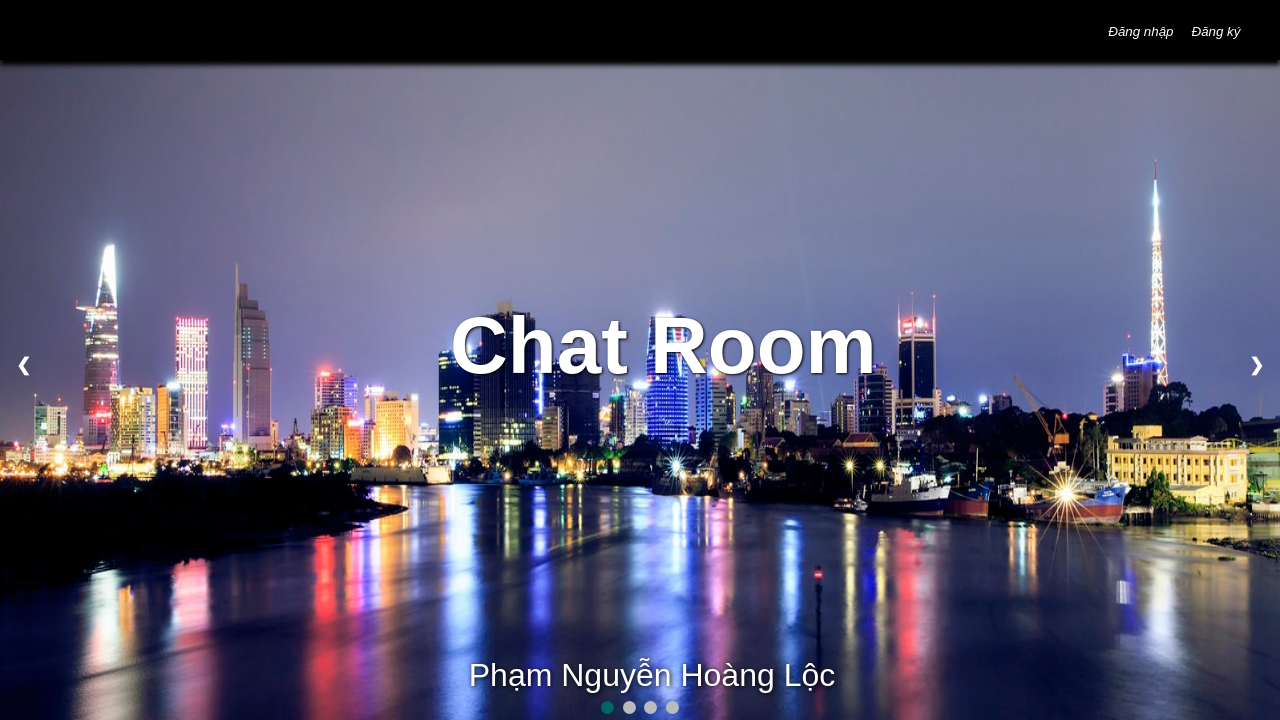
Repository: viplocpro/jsp
Page: ChatServlet/WebContent/index.html
An editor plug-in stored every save of this project. The page is shown before and after the next save, followed by the edit.
The browser window is 1280 px wide. The pictures show the whole page.

Above is the page before, as saved 2016-10-13 03:16:22.

After the next save:
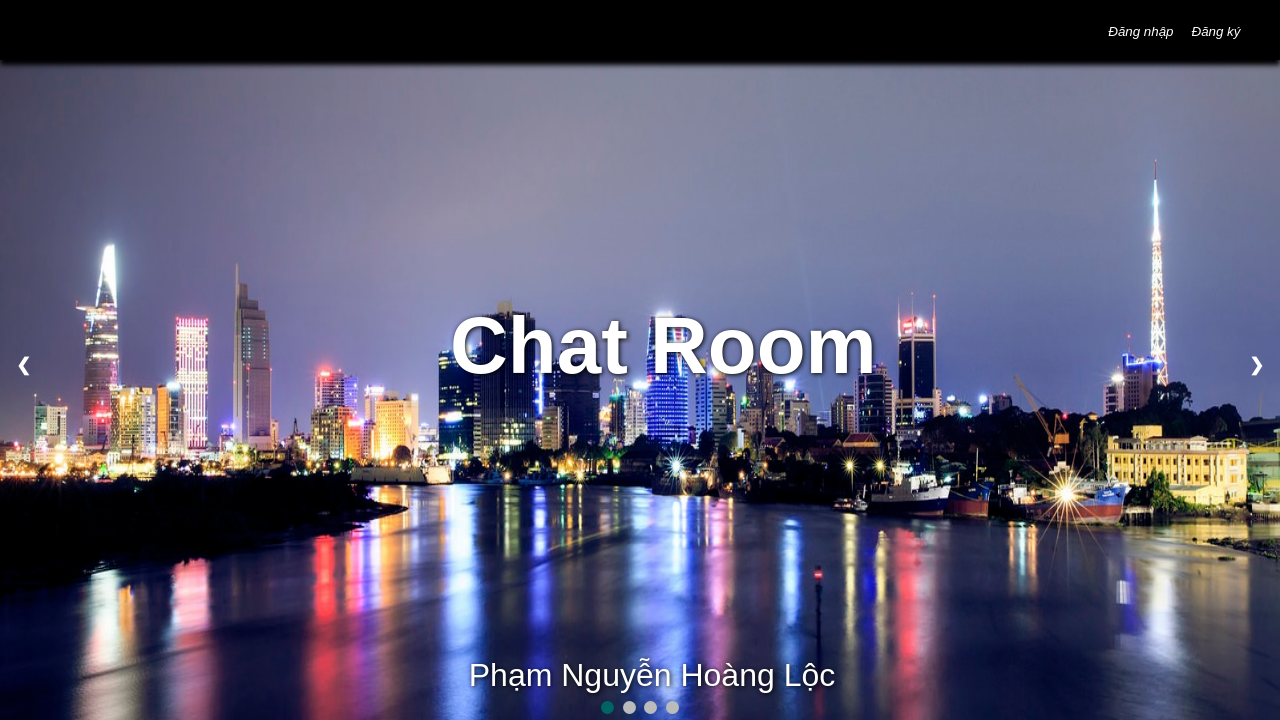
Saved 31 s later.
--- a/ChatServlet/WebContent/style/style.css
+++ b/ChatServlet/WebContent/style/style.css
@@ -178,7 +178,7 @@ body{
 	position: absolute;
 	top: 300px;
 	left: 450px;
-	text-shadow: 1px 1px 3px black;
+	text-shadow: 1px 1px 5px black;
 }
 
 .active, .dot:hover {
